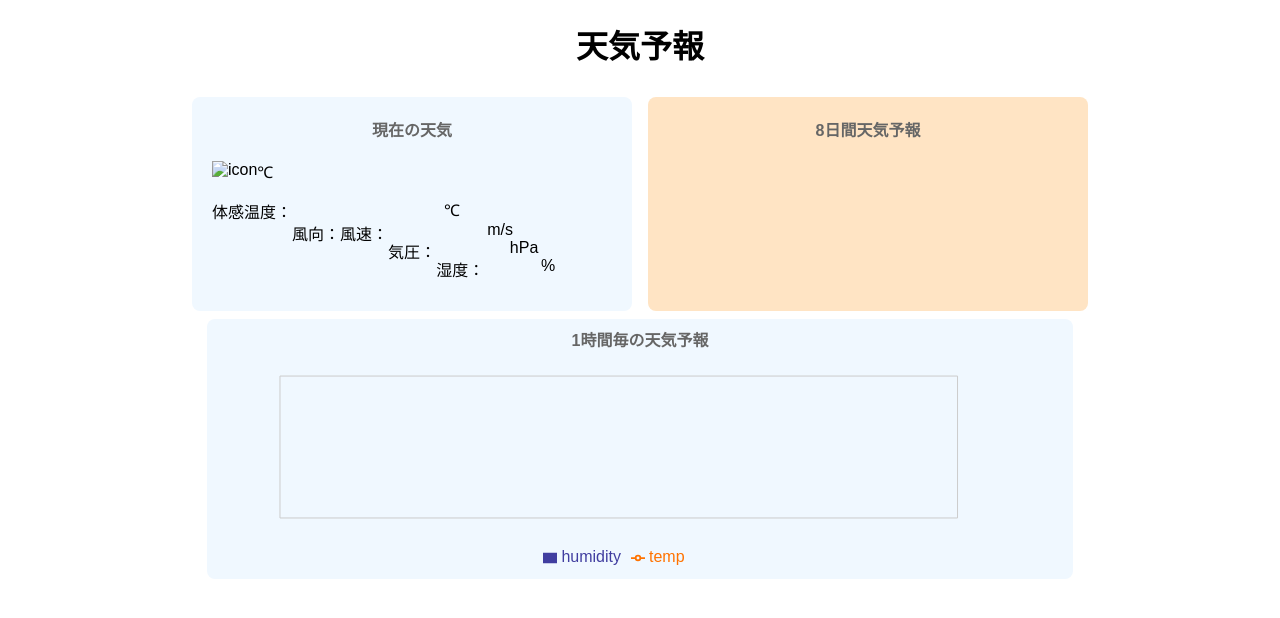
Repository: IshigureTomoki/weather-app
Page: /
The author's editor kept a copy of each file at every save. The page is drawn from the files as they stood at one save, then again after the next save.
The browser window is 1280 px wide. The pictures show the whole page.
The page's requests for data from a server got no answer. The project was rebuilt for these pictures with package versions that can differ from the ones it lists, and the page was loaded fresh each time. No one was signed in, and anything a server would have sent is missing.

Above is the page before, as saved 2022-02-25 15:01:29.

After the next save:
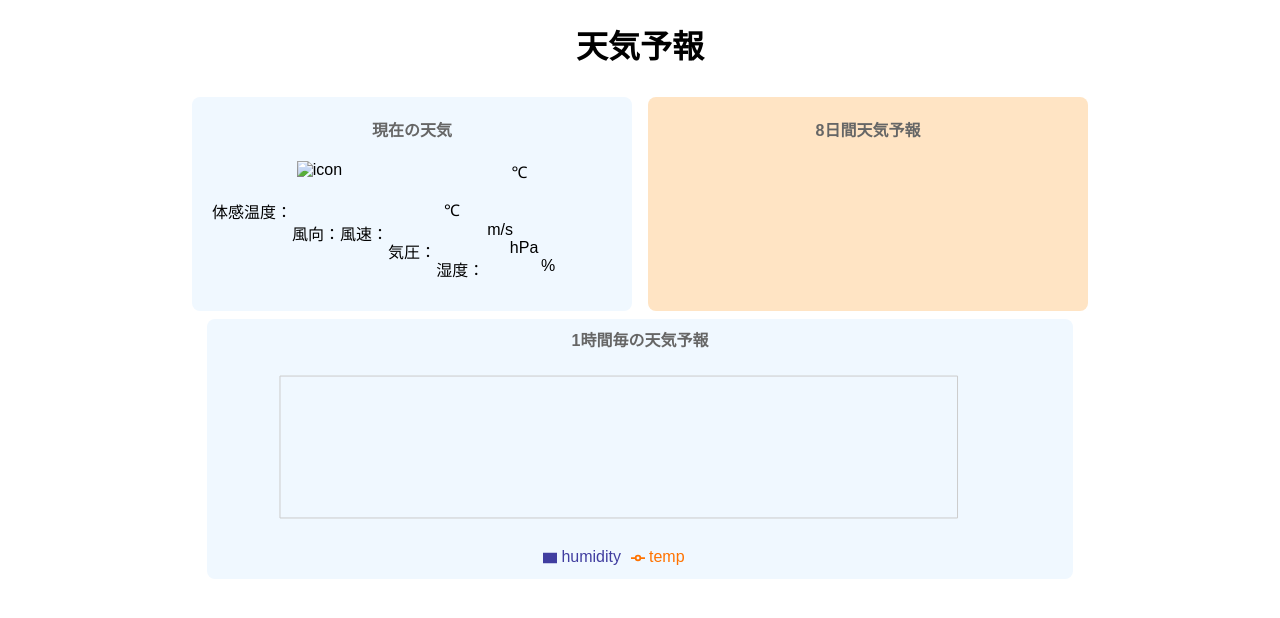
Saved 4 s later.
--- a/src/App.css
+++ b/src/App.css
@@ -27,7 +27,7 @@ body {
 }
 .nowtemps{
   display: flex;
-  justify-content:;
+  justify-content:space-around;
 }
 
 dt {
